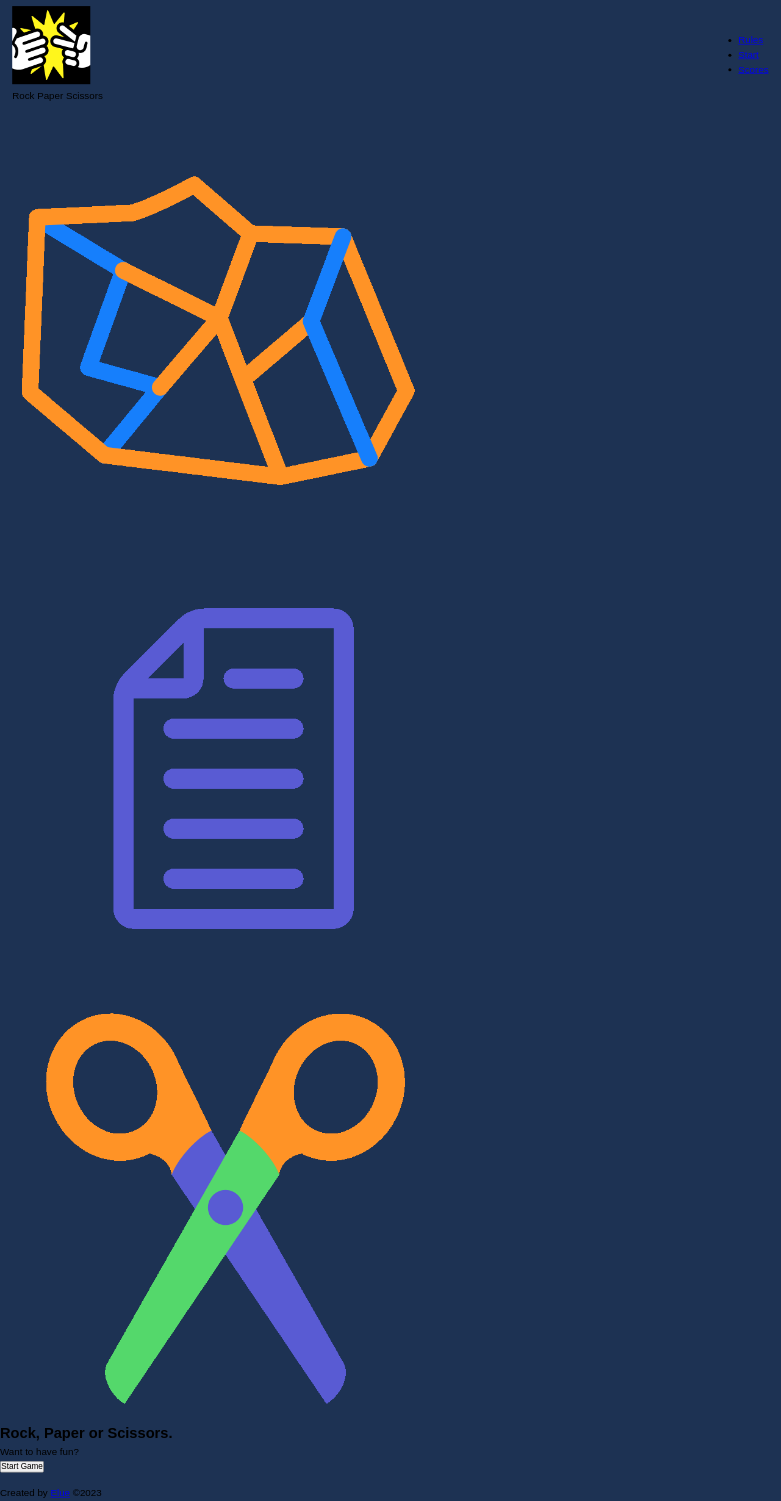
Repository: MikkyPrestige/rock-paper-scissors
Page: index.html
An editor plug-in stored every save of this project. The page is shown before and after the next save, followed by the edit.
The browser window is 1280 px wide. The pictures show the whole page, at 61% of full size.

Above is the page before, as saved 2023-05-08 04:04:43.

After the next save:
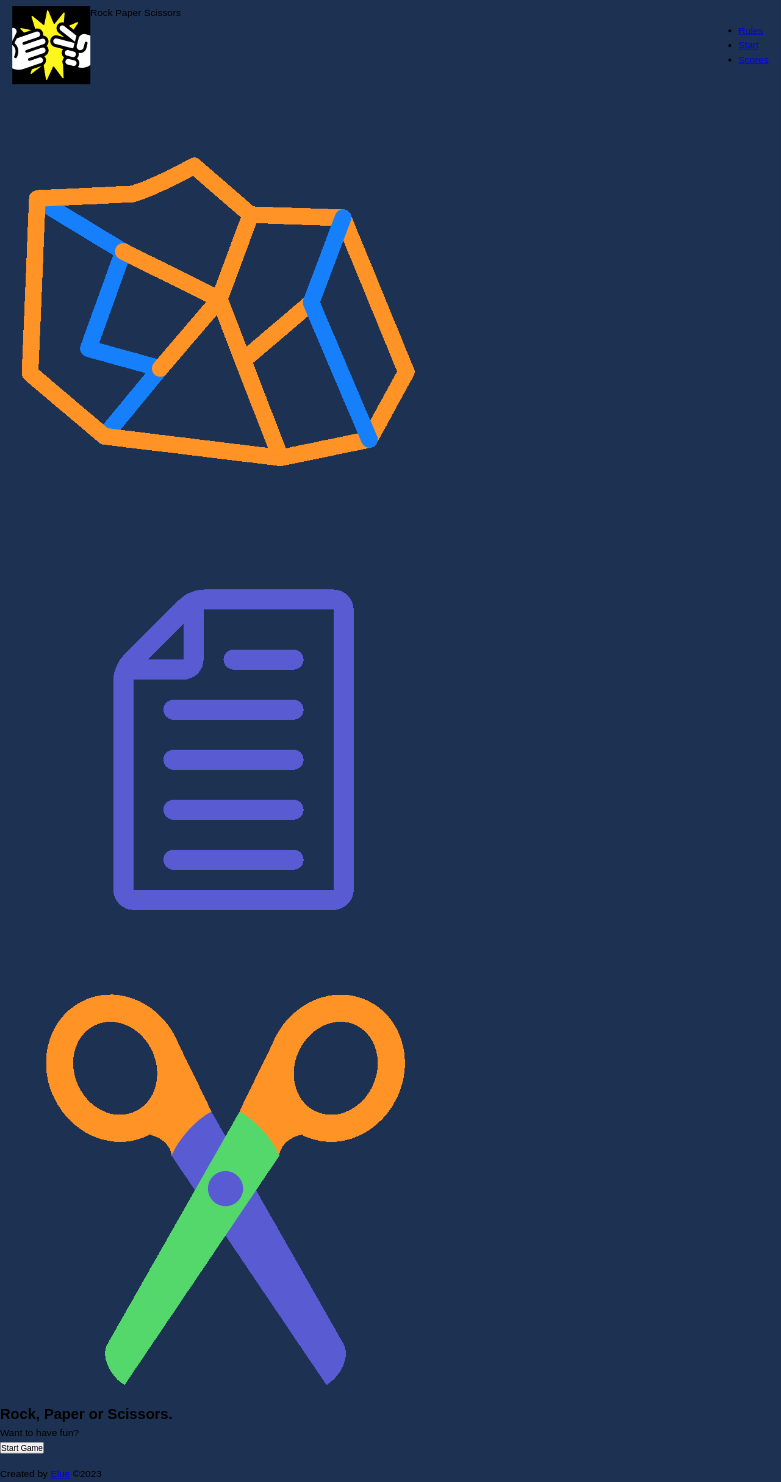
Saved 61 s later.
--- a/index.css
+++ b/index.css
@@ -33,3 +33,7 @@ header {
   align-items: center;
   padding: 1rem 2rem;
 }
+
+figure {
+  display: inherit;
+}
